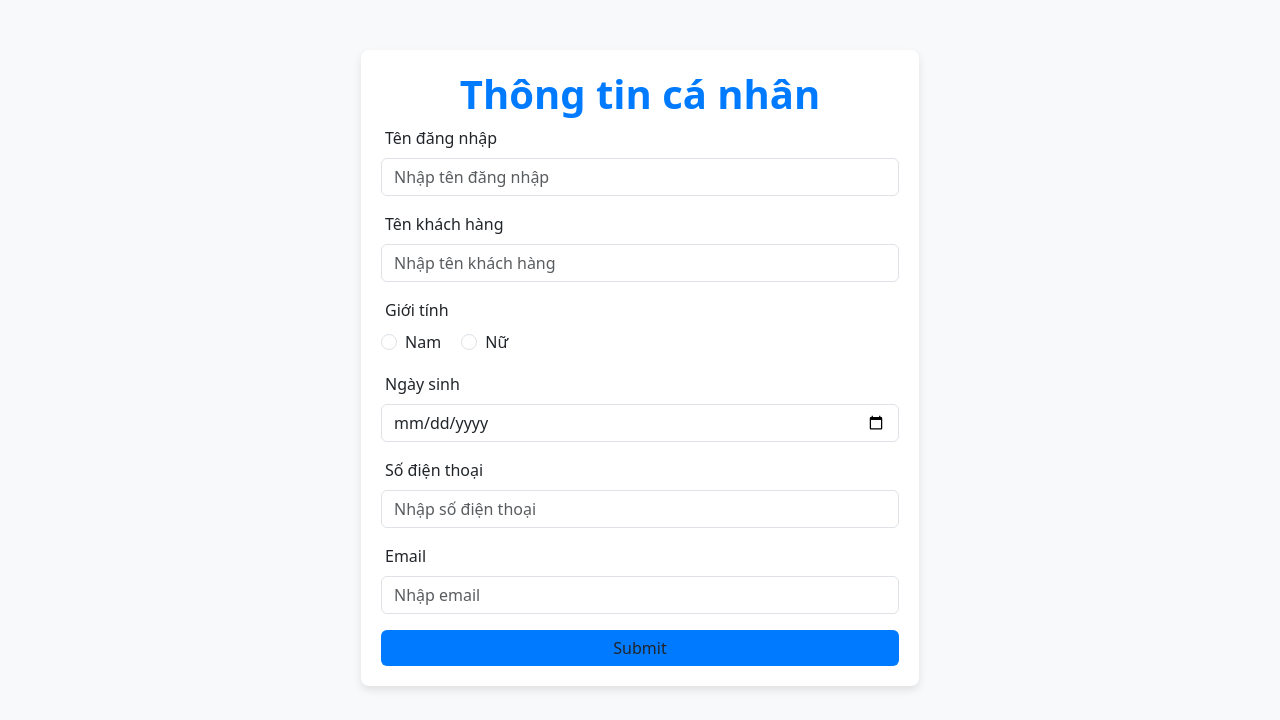
Repository: manhtdxxx/Tour-Booking-Webapp
Page: http://localhost/bookingTour/updateprofile.jsp
An editor plug-in stored every save of this project. The page is shown before and after a run of saves, followed by the edit.
The browser window is 1280 px wide. The pictures show the whole page.
The page is served by Tomcat 9.

Above is the page before, as saved 2024-11-11 16:24:00.

After the next 3 saves:
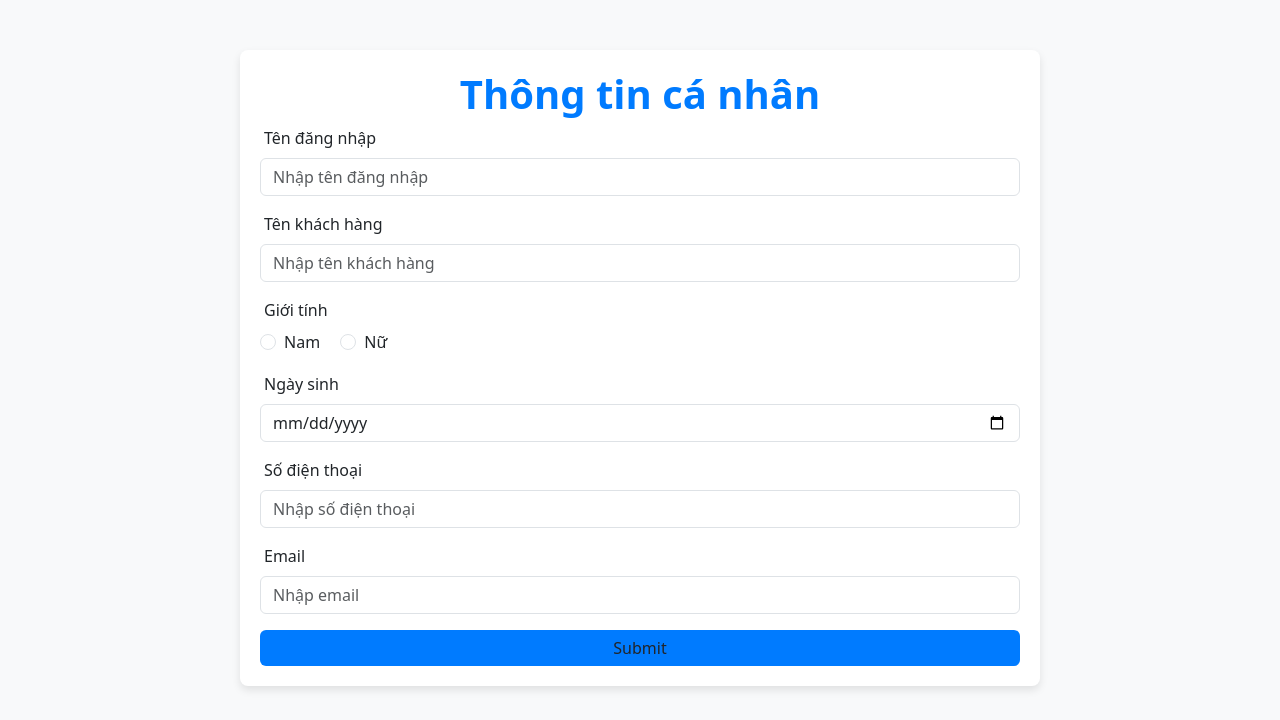
The 3 saves are shown as one change because they came seconds apart.
The last was saved 42 s later.
--- a/bookingTour/src/main/webapp/updateprofile.jsp
+++ b/bookingTour/src/main/webapp/updateprofile.jsp
@@ -15,7 +15,8 @@
 }
 
 .form-container {
-	max-width: 600px;
+	max-width: 800px;
+	width: 100%;
 	margin-top: 50px;
 	padding: 20px;
 	background-color: #ffffff;

After the save that followed:
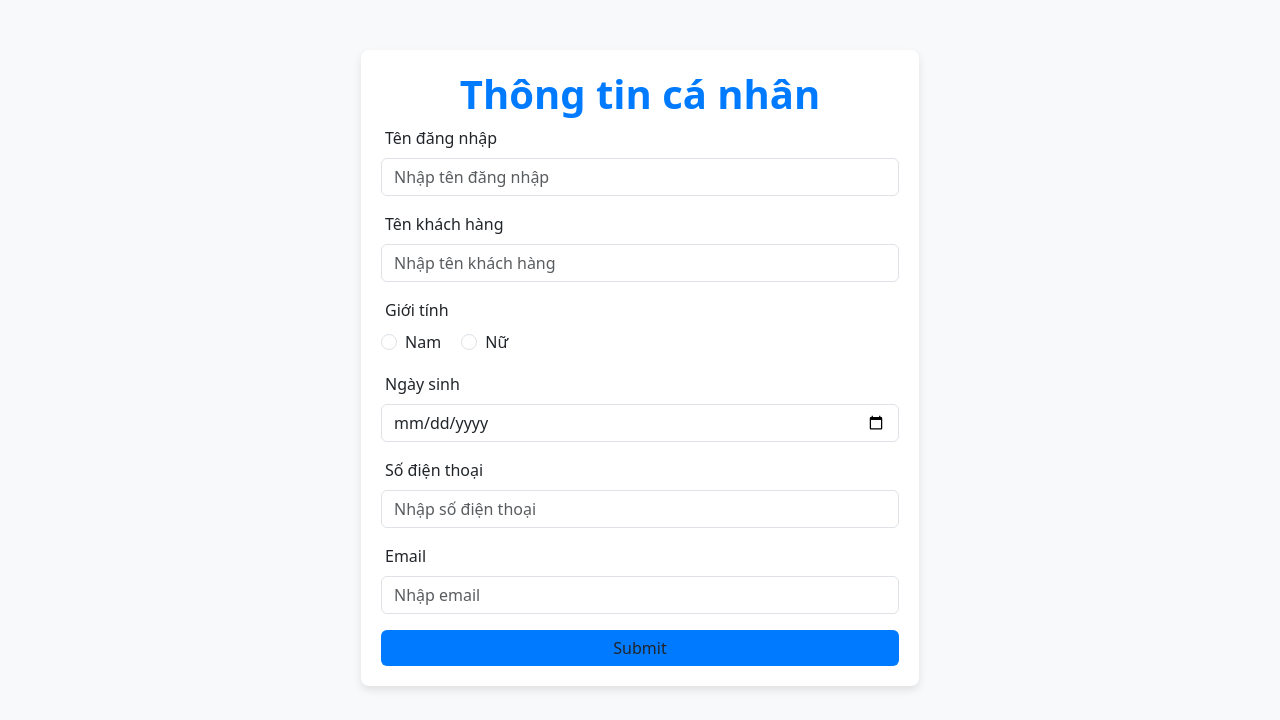
Saved 6 s later.
--- a/bookingTour/src/main/webapp/updateprofile.jsp
+++ b/bookingTour/src/main/webapp/updateprofile.jsp
@@ -15,8 +15,7 @@
 }
 
 .form-container {
-	max-width: 800px;
-	width: 100%;
+	max-width: 600px;
 	margin-top: 50px;
 	padding: 20px;
 	background-color: #ffffff;
